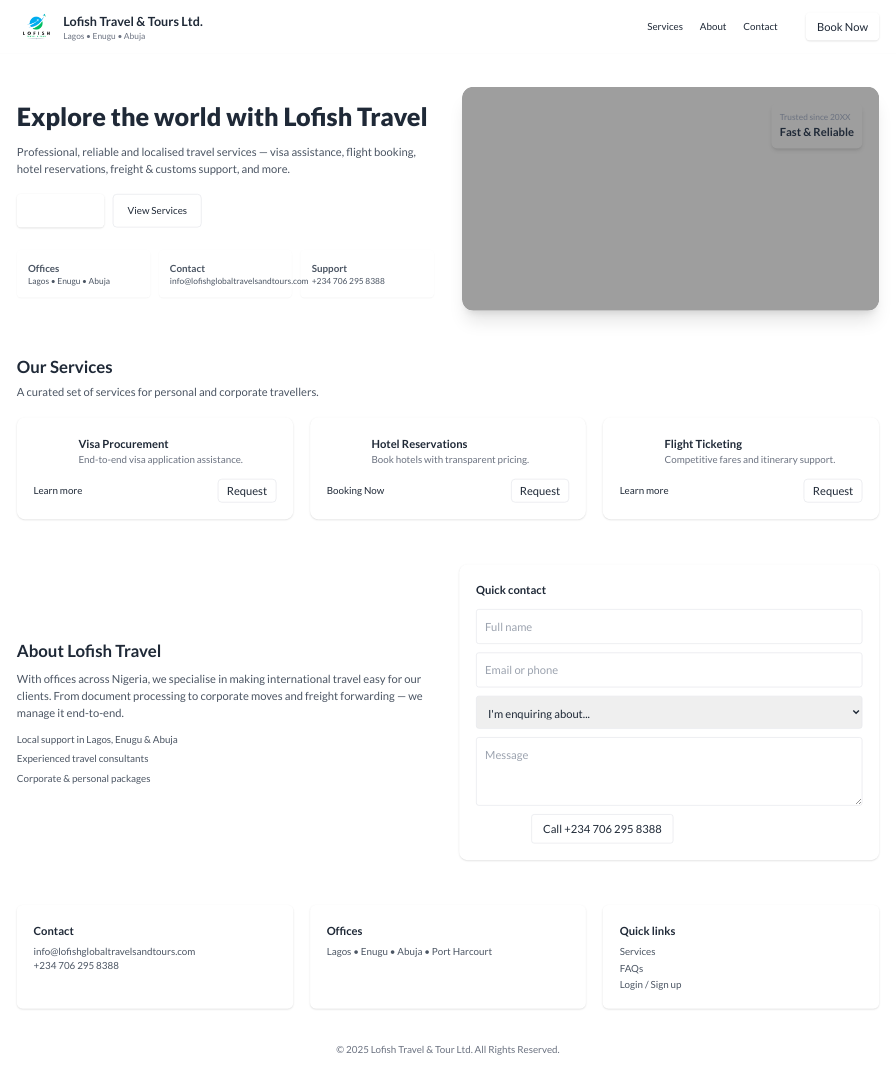
Repository: PhantomMiles/Lofish-Travels-and-Tours
Page: index.html
The author's editor kept a copy of each file at every save. The page is drawn from the files as they stood at one save, then again after the next save.
The browser window is 1280 px wide. The pictures show the whole page, at 70% of full size.
Pictures or frames that could not be fetched are drawn as grey boxes.

Above is the page before, as saved 2025-11-12 10:33:15.
Console error (its wording comes from the project's code and is left out).

### index.html
<!DOCTYPE html>
<html lang="en">
<head>
  <meta charset="utf-8" />
  <meta name="viewport" content="width=device-width, initial-scale=1" />
  <title>Lofish Travel and Tours</title>

  <link rel="icon" type="image/png" href="img/logo_lofish.png" />
  <link rel="stylesheet" href="css/main.css">
  <link rel="stylesheet" href="node_modules/bootstrap-icons/font/bootstrap-icons.css">
  <link rel="preconnect" href="https://fonts.googleapis.com">
  <link rel="preconnect" href="https://fonts.gstatic.com" crossorigin>
  <link href="https://fonts.googleapis.com/css2?family=Lato:wght@300;400;700;900&display=swap" rel="stylesheet">

  <style>
    /* small helper to keep font consistent */
    body { font-family: 'Lato', system-ui, -apple-system, "Segoe UI", Roboto, "Helvetica Neue", Arial; }
  </style>
</head>
<body class="antialiased text-gray-800 bg-royalblue/5">

  <!-- NAV -->
  <header class="sticky top-0 z-50 w-full bg-white shadow-sm">
    <div class="max-w-7xl mx-auto px-6 py-4 flex items-center justify-between">
      <a class="flex items-center gap-3" href="index.html">
        <img src="img/logo_lofish.png" alt="Lofish logo" class="h-10 w-14 object-contain rounded-md" />
        <div>
          <h1 class="text-lg font-semibold">Lofish Travel &amp; Tours Ltd.</h1>
          <p class="text-xs text-gray-500">Lagos • Enugu • Abuja</p>
        </div>
      </a>

      <!-- Desktop nav -->
      <nav class="hidden md:flex items-center gap-6">
        <!-- Services dropdown (desktop) -->
        <div class="relative" id="servicesDropdownWrapper">
          <button id="servicesBtn" aria-expanded="false" class="flex items-center gap-2 text-sm font-medium text-gray-700 hover:text-royalblue focus:outline-none">
            Services
            <svg class="w-4 h-4 text-gray-500" fill="none" viewBox="0 0 24 24" stroke="currentColor" aria-hidden="true">
              <path stroke-linecap="round" stroke-linejoin="round" stroke-width="2" d="M19 9l-7 7-7-7" />
            </svg>
          </button>

          <!-- dropdown panel -->
          <div id="servicesDropdown" class="invisible opacity-0 pointer-events-none absolute right-0 mt-2 w-56 bg-white rounded-md shadow-lg ring-1 ring-black ring-opacity-5 transition-all transform origin-top-right scale-95">
            <div class="py-2">
              <a href="visa.html" class="block px-4 py-2 text-sm text-gray-700 hover:bg-royalblue/5">Visa Procurement</a>
              <a href="flights.html" class="block px-4 py-2 text-sm text-gray-700 hover:bg-royalblue/5">Flight Ticketing</a>
              <a href="hotels.html" class="block px-4 py-2 text-sm text-gray-700 hover:bg-royalblue/5">Hotel Reservations</a>
              <a href="freight.html" class="block px-4 py-2 text-sm text-gray-700 hover:bg-royalblue/5">Freight &amp; Customs</a>
            </div>
          </div>
        </div>

        <a href="about.html" class="text-sm text-gray-700 hover:text-royalblue">About</a>
        <a href="contact.html" class="text-sm text-gray-700 hover:text-royalblue">Contact</a>

        <button id="bookBtn" class="ml-4 px-4 py-2 rounded-md bg-gold text-black font-medium shadow hover:brightness-95 transition">Book Now</button>
      </nav>

      <!-- Mobile toggle -->
      <div class="md:hidden flex items-center gap-2">
        <button id="bookBtnMobile" class="px-3 py-2 rounded-md bg-gold text-black text-sm font-medium">Book</button>
        <button id="menuBtn" aria-expanded="false" class="p-2 rounded-md border">
          <svg xmlns="http://www.w3.org/2000/svg" class="w-6 h-6" fill="none" viewBox="0 0 24 24" stroke="currentColor" aria-hidden="true">
            <path stroke-linecap="round" stroke-linejoin="round" stroke-width="2" d="M4 6h16M4 12h16M4 18h16" />
          </svg>
        </button>
      </div>
    </div>

    <!-- Mobile menu (collapsible) -->
    <div id="mobileMenu" class="md:hidden hidden border-t">
      <div class="px-4 py-4 space-y-3">
        <!-- Services with collapsible submenu -->
        <div class="space-y-1">
          <button id="mobileServicesBtn" aria-expanded="false" class="w-full flex items-center justify-between px-3 py-2 text-left rounded-md hover:bg-royalblue/5">
            <span class="font-medium">Services</span>
            <svg class="w-4 h-4 text-gray-600" viewBox="0 0 24 24" fill="none" stroke="currentColor"><path stroke-linecap="round" stroke-linejoin="round" stroke-width="2" d="M19 9l-7 7-7-7"/></svg>
          </button>
          <div id="mobileServicesPanel" class="pl-4 hidden space-y-1">
            <a href="visa.html" class="block px-3 py-2 rounded-md text-sm hover:bg-royalblue/5">Visa Procurement</a>
            <a href="flights.html" class="block px-3 py-2 rounded-md text-sm hover:bg-royalblue/5">Flight Ticketing</a>
            <a href="hotels.html" class="block px-3 py-2 rounded-md text-sm hover:bg-royalblue/5">Hotel Reservations</a>
            <a href="freight.html" class="block px-3 py-2 rounded-md text-sm hover:bg-royalblue/5">Freight &amp; Customs</a>
          </div>
        </div>

        <a href="about.html" class="block px-3 py-2 rounded-md hover:bg-royalblue/5">About</a>
        <a href="contact.html" class="block px-3 py-2 rounded-md hover:bg-royalblue/5">Contact</a>
      </div>
    </div>
  </header>

  <!-- HERO -->
  <main class="max-w-7xl mx-auto px-6 py-12">
    <section class="grid items-center gap-10 lg:grid-cols-2 ">
      <div>
        <h2 class="text-4xl font-extrabold leading-tight">Explore the world with <span class="text-royalblue">Lofish Travel</span></h2>
        <p class="mt-4 text-gray-600">Professional, reliable and localised travel services — visa assistance, flight booking, hotel reservations, freight &amp; customs support, and more.</p>

        <div class="flex gap-3 mt-6">
          <button id="quickQuote" class="px-5 py-3 rounded-md bg-slateGray text-white shadow hover:scale-[1.01] transition">Get a Quote</button>
          <a href="services.html" class="px-5 py-3 border border-gray-200 rounded-md text-sm">View Services</a>
        </div>

        <div class="grid grid-cols-3 gap-3 mt-8 text-sm text-gray-600">
          <div class="p-4 rounded-md shadow-sm bg-white/60 backdrop-blur-sm">
            <div class="font-semibold">Offices</div>
            <div class="text-xs">Lagos • Enugu • Abuja</div>
          </div>
          <div class="p-4 rounded-md shadow-sm bg-white/60 backdrop-blur-sm">
            <div class="font-semibold">Contact</div>
            <div class="text-xs">info@lofishglobaltravelsandtours.com</div>
          </div>
          <div class="p-4 rounded-md shadow-sm bg-white/60 backdrop-blur-sm">
            <div class="font-semibold">Support</div>
            <div class="text-xs">+234 706 295 8388</div>
          </div>
        </div>
      </div>

      <div class="relative">
        <div class="w-full overflow-hidden shadow-xl rounded-2xl">
          <!-- Using Tailwind's built-in animate-bounce for a subtle motion; change later in config for custom keyframes -->
          <img src="https://images.unsplash.com/photo-1507525428034-b723cf961d3e?auto=format&fit=crop&w=1400&q=60"
               alt="travel" class="object-cover w-full h-80 rounded-2xl animate-bounce/60" />
        </div>

        <!-- floating badge -->
        <div class="absolute top-6 right-6 p-3 rounded-lg shadow-md bg-white/80 backdrop-blur-sm">
          <div class="text-xs text-gray-500">Trusted since 20XX</div>
          <div class="font-semibold">Fast &amp; Reliable</div>
        </div>
      </div>
    </section>

    <!-- SERVICES -->
    <section id="services" class="mt-16">
      <h3 class="text-2xl font-bold">Our Services</h3>
      <p class="mt-2 text-gray-600">A curated set of services for personal and corporate travellers.</p>

      <div class="grid gap-6 mt-6 sm:grid-cols-2 lg:grid-cols-3">
        <!-- Service card (repeatable) -->
        <article class="p-6 transition transform bg-white shadow rounded-xl hover:shadow-lg hover:-translate-y-1">
          <div class="flex items-center gap-4">
            <div class="flex items-center justify-center w-12 h-12 text-white rounded-lg bg-royalblue">V</div>
            <div>
              <h4 class="font-semibold">Visa Procurement</h4>
              <p class="text-sm text-gray-500">End-to-end visa application assistance.</p>
            </div>
          </div>
          <div class="flex items-center justify-between mt-4">
            <a class="text-sm text-royalblue" href="#">Learn more</a>
            <button class="px-3 py-1 border rounded-md">Request</button>
          </div>
        </article>

        <article class="p-6 transition transform bg-white shadow rounded-xl hover:shadow-lg hover:-translate-y-1">
          <div class="flex items-center gap-4">
            <div class="flex items-center justify-center w-12 h-12 text-white rounded-lg bg-royalblue">H</div>
            <div>
              <h4 class="font-semibold">Hotel Reservations</h4>
              <p class="text-sm text-gray-500">Book hotels with transparent pricing.</p>
            </div>
          </div>
          <div class="flex items-center justify-between mt-4">
            <a class="text-sm text-royalblue" href="#">Booking Now</a>
            <button class="px-3 py-1 border rounded-md">Request</button>
          </div>
        </article>

        <article class="p-6 transition transform bg-white shadow rounded-xl hover:shadow-lg hover:-translate-y-1">
          <div class="flex items-center gap-4">
            <div class="flex items-center justify-center w-12 h-12 text-white rounded-lg bg-royalblue">F</div>
            <div>
              <h4 class="font-semibold">Flight Ticketing</h4>
              <p class="text-sm text-gray-500">Competitive fares and itinerary support.</p>
            </div>
          </div>
          <div class="flex items-center justify-between mt-4">
            <a class="text-sm text-royalblue" href="#">Learn more</a>
            <button class="px-3 py-1 border rounded-md">Request</button>
          </div>
        </article>
      </div>
    </section>

    <!-- ABOUT -->
    <section id="about" class="grid items-center gap-8 mt-16 lg:grid-cols-2">
      <div>
        <h3 class="text-2xl font-bold">About Lofish Travel</h3>
        <p class="mt-3 text-gray-600">With offices across Nigeria, we specialise in making international travel easy for our clients. From document processing to corporate moves and freight forwarding — we manage it end-to-end.</p>

        <ul class="mt-4 space-y-2 text-sm text-gray-600">
          <li>Local support in Lagos, Enugu &amp; Abuja</li>
          <li>Experienced travel consultants</li>
          <li>Corporate &amp; personal packages</li>
        </ul>
      </div>

      <div class="p-6 bg-white shadow rounded-xl">
        <h4 class="font-semibold">Quick contact</h4>
        <form id="contactForm" class="grid gap-3 mt-4">
          <input class="p-3 border rounded" placeholder="Full name" required />
          <input class="p-3 border rounded" placeholder="Email or phone" required />
          <select class="p-3 border rounded">
            <option>I'm enquiring about...</option>
            <option>Visa</option>
            <option>Flights</option>
            <option>Hotels</option>
          </select>
          <textarea class="p-3 border rounded" placeholder="Message" rows="3"></textarea>
          <div class="flex gap-3">
            <button type="submit" class="px-4 py-2 rounded bg-royalblue text-white">Send</button>
            <button type="button" id="callBtn" class="px-4 py-2 border rounded">Call +234 706 295 8388</button>
          </div>
        </form>
      </div>
    </section>

    <!-- CONTACT / FOOTER -->
    <section id="contact" class="mt-16">
      <div class="grid gap-6 md:grid-cols-3">
        <div class="p-6 bg-white rounded-lg shadow">
          <h5 class="font-semibold">Contact</h5>
          <p class="mt-2 text-sm text-gray-600">info@lofishglobaltravelsandtours.com<br>+234 706 295 8388</p>
        </div>
        <div class="p-6 bg-white rounded-lg shadow">
          <h5 class="font-semibold">Offices</h5>
          <p class="mt-2 text-sm text-gray-600">Lagos • Enugu • Abuja • Port Harcourt</p>
        </div>
        <div class="p-6 bg-white rounded-lg shadow">
          <h5 class="font-semibold">Quick links</h5>
          <ul class="mt-2 space-y-1 text-sm text-gray-600">
            <li><a href="#">Services</a></li>
            <li><a href="#">FAQs</a></li>
            <li><a href="#">Login / Sign up</a></li>
          </ul>
        </div>
      </div>
    </section>

    <footer class="mt-12 text-sm text-center bg-green-700 text-gray-500">© 2025 Lofish Travel &amp; Tour Ltd. All Rights Reserved.</footer>
  </main>

  <!-- Booking modal (simple) -->
  <div id="bookingModal" class="fixed inset-0 z-50 hidden items-center justify-center bg-black/40">
    <div class="w-full max-w-xl p-6 bg-white shadow-lg rounded-xl mx-4">
      <div class="flex items-center justify-between">
        <h4 class="font-semibold">Book a service</h4>
        <button id="closeModal" class="text-gray-600">✕</button>
      </div>
      <form class="grid gap-3 mt-4">
        <input class="p-3 border rounded" placeholder="Full name" required />
        <input class="p-3 border rounded" placeholder="Email or phone" required />
        <select class="p-3 border rounded">
          <option>Visa Procurement</option>
          <option>Hotel Reservation</option>
          <option>Flight Ticketing</option>
        </select>
        <div class="flex justify-end gap-3">
          <button type="button" id="modalCancel" class="px-4 py-2 border rounded">Cancel</button>
          <button type="submit" class="px-4 py-2 rounded bg-royalblue text-white">Confirm</button>
        </div>
      </form>
    </div>
  </div>

  <!-- Scripts -->
  <script>
    // Header toggles
    const menuBtn = document.getElementById('menuBtn');
    const mobileMenu = document.getElementById('mobileMenu');
    const bookBtn = document.getElementById('bookBtn');
    const bookBtnMobile = document.getElementById('bookBtnMobile');
    const bookingModal = document.getElementById('bookingModal');
    const closeModal = document.getElementById('closeModal');
    const modalCancel = document.getElementById('modalCancel');

    menuBtn?.addEventListener('click', () => {
      const expanded = menuBtn.getAttribute('aria-expanded') === 'true';
      menuBtn.setAttribute('aria-expanded', String(!expanded));
      mobileMenu.classList.toggle('hidden');
    });

    // Desktop Services dropdown
    const servicesBtn = document.getElementById('servicesBtn');
    const servicesDropdown = document.getElementById('servicesDropdown');
    const servicesWrapper = document.getElementById('servicesDropdownWrapper');

    function openServices() {
      servicesDropdown.classList.remove('invisible','opacity-0','pointer-events-none','scale-95');
      servicesDropdown.classList.add('visible','opacity-100','pointer-events-auto','scale-100');
      servicesBtn.setAttribute('aria-expanded','true');
    }
    function closeServices() {
      servicesDropdown.classList.add('invisible','opacity-0','pointer-events-none','scale-95');
      servicesDropdown.classList.remove('visible','opacity-100','pointer-events-auto','scale-100');
      servicesBtn.setAttribute('aria-expanded','false');
    }

    servicesBtn?.addEventListener('click', (e) => {
      e.stopPropagation();
      const expanded = servicesBtn.getAttribute('aria-expanded') === 'true';
      if (expanded) closeServices(); else openServices();
    });

    // Close dropdown if clicking outside
    document.addEventListener('click', (e) => {
      if (!servicesWrapper.contains(e.target)) closeServices();
    });

    // Mobile Services collapsible
    const mobileServicesBtn = document.getElementById('mobileServicesBtn');
    const mobileServicesPanel = document.getElementById('mobileServicesPanel');
    mobileServicesBtn?.addEventListener('click', () => {
      const expanded = mobileServicesBtn.getAttribute('aria-expanded') === 'true';
      mobileServicesBtn.setAttribute('aria-expanded', String(!expanded));
      mobileServicesPanel.classList.toggle('hidden');
    });

    // Booking modal toggles
    ;[bookBtn, bookBtnMobile].forEach(b => b?.addEventListener('click', () => {
      bookingModal.classList.remove('hidden');
      // small focus trap
      bookingModal.querySelector('input')?.focus();
    }));
    closeModal?.addEventListener('click', () => bookingModal.classList.add('hidden'));
    modalCancel?.addEventListener('click', () => bookingModal.classList.add('hidden'));
    bookingModal?.addEventListener('click', (e) => {
      if (e.target === bookingModal) bookingModal.classList.add('hidden');
    });

    // Intersection observer for light reveal animations
    const obs = new IntersectionObserver((entries) => {
      entries.forEach(e => {
        if (e.isIntersecting) e.target.classList.add('opacity-100','translate-y-0');
      });
    }, { threshold: 0.15 });
    document.querySelectorAll('article, section > .p-6, .bg-white/60').forEach(el => {
      el.classList.add('opacity-0','translate-y-6','transition','duration-700');
      obs.observe(el);
    });

    // Demo contact form submit
    document.getElementById('contactForm')?.addEventListener('submit', (e) => {
      e.preventDefault();
      alert("Thanks — we'll reach out shortly!");
      e.target.reset();
    });
  </script>
</body>
</html>

Loaded but not shown: node_modules/bootstrap-icons/font/bootstrap-icons.css (library); css/main.css (1069 lines, source omitted)

After the next save:
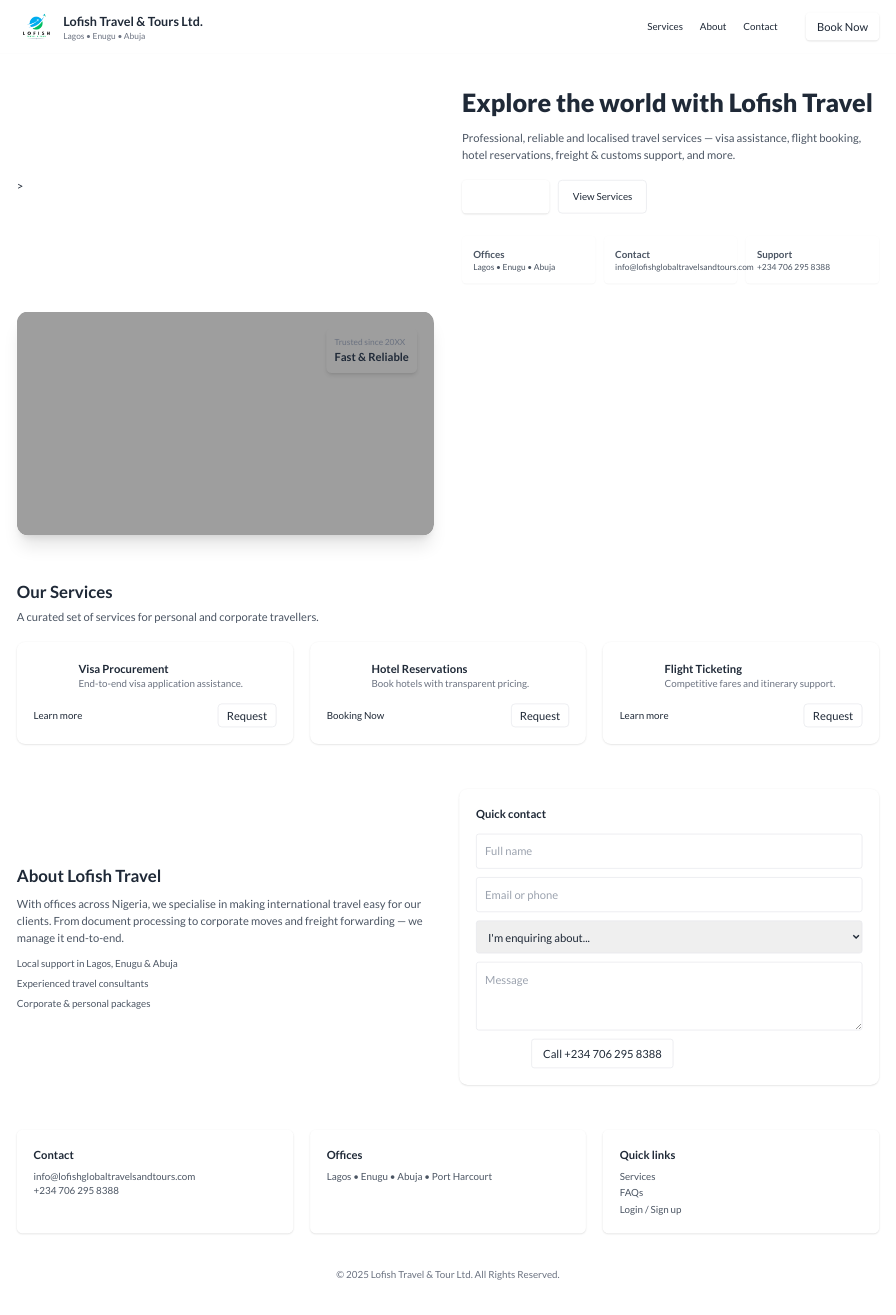
Saved 7 s later.
--- a/index.html
+++ b/index.html
@@ -94,7 +94,8 @@
 
   <!-- HERO -->
   <main class="max-w-7xl mx-auto px-6 py-12">
-    <section class="grid items-center gap-10 lg:grid-cols-2 ">
+    <section class="grid items-center gap-10 lg:grid-cols-2   <main class="max-w-7xl mx-auto px-6 py-12">
+>
       <div>
         <h2 class="text-4xl font-extrabold leading-tight">Explore the world with <span class="text-royalblue">Lofish Travel</span></h2>
         <p class="mt-4 text-gray-600">Professional, reliable and localised travel services — visa assistance, flight booking, hotel reservations, freight &amp; customs support, and more.</p>

After the save that followed:
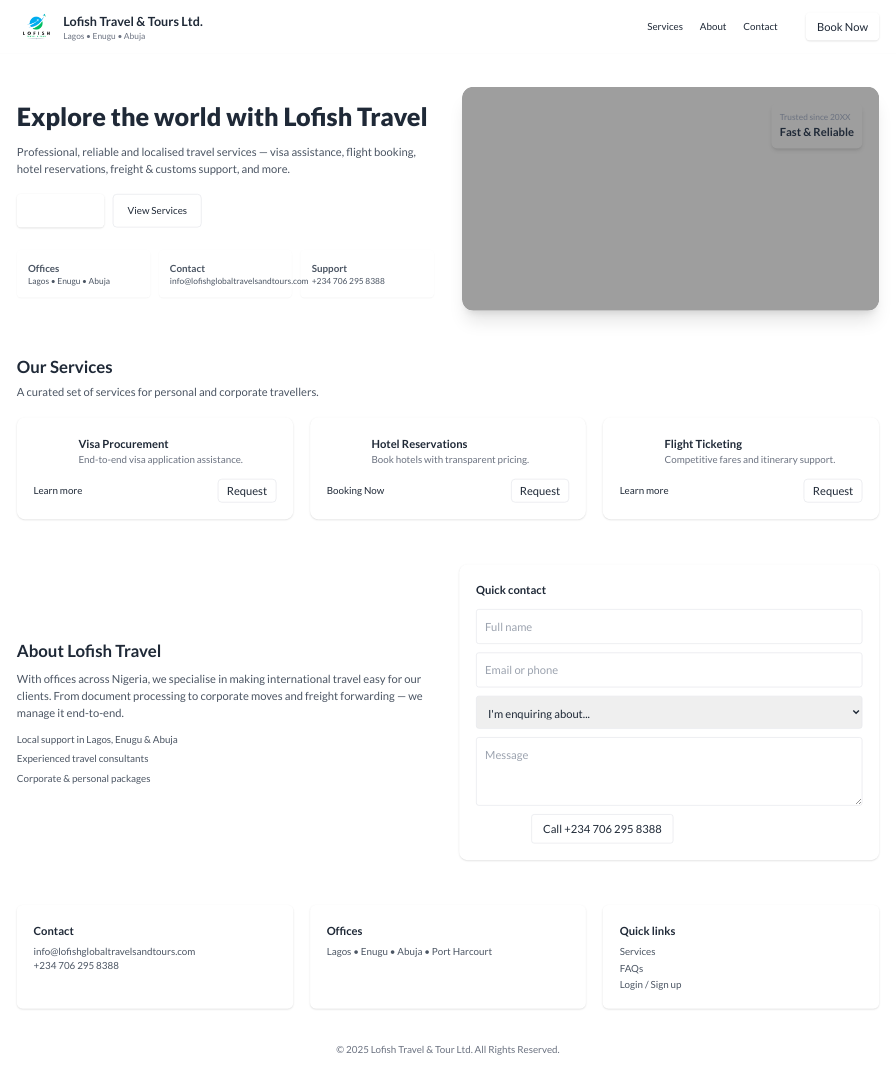
Saved 5 s later.
--- a/index.html
+++ b/index.html
@@ -94,8 +94,7 @@
 
   <!-- HERO -->
   <main class="max-w-7xl mx-auto px-6 py-12">
-    <section class="grid items-center gap-10 lg:grid-cols-2   <main class="max-w-7xl mx-auto px-6 py-12">
->
+    <section class="grid items-center gap-10 lg:grid-cols-2 ">
       <div>
         <h2 class="text-4xl font-extrabold leading-tight">Explore the world with <span class="text-royalblue">Lofish Travel</span></h2>
         <p class="mt-4 text-gray-600">Professional, reliable and localised travel services — visa assistance, flight booking, hotel reservations, freight &amp; customs support, and more.</p>
